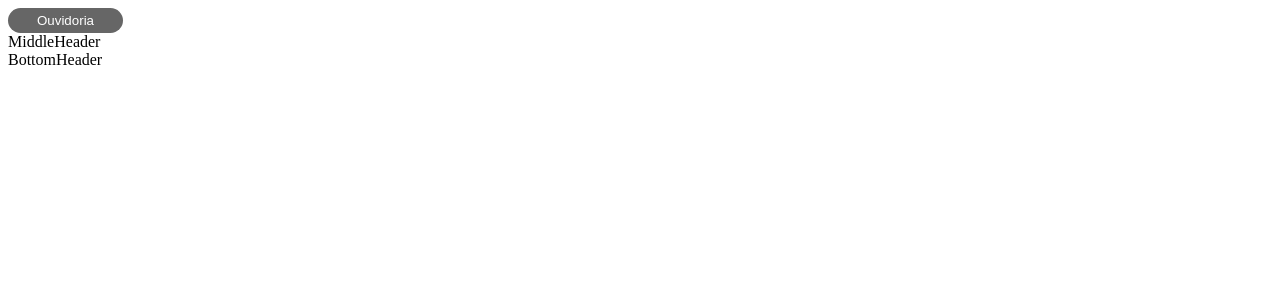
Repository: YuriSarmanho/prodepaSite
Page: / (app in prodepa-site/)
The author's editor kept a copy of each file at every save. The page is drawn from the files as they stood at one save, then again after the next save.
The browser window is 1280 px wide. The pictures show the whole page.
The project was rebuilt for these pictures with package versions that can differ from the ones it lists, and the page was loaded fresh each time. Also part of the build but not shown: prodepa-site/src/App.css.

Above is the page before, as saved 2022-12-19 14:22:28.

After the next save:
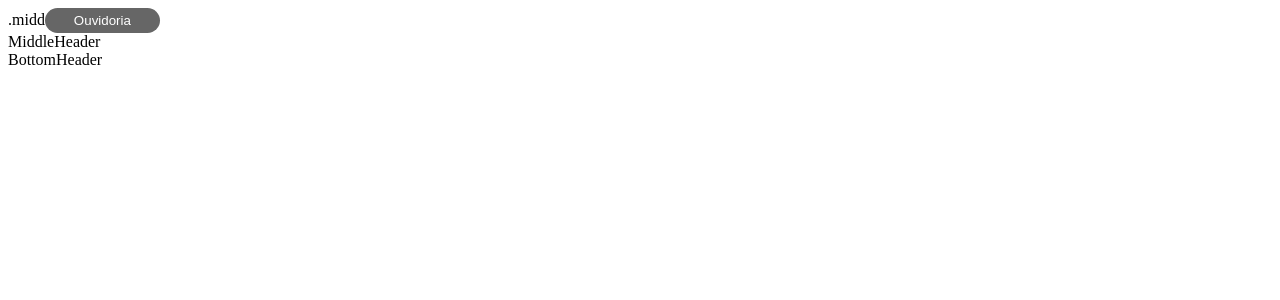
Saved 32 s later.
--- a/prodepa-site/src/sections/Header/TopHeader/index.jsx
+++ b/prodepa-site/src/sections/Header/TopHeader/index.jsx
@@ -5,6 +5,7 @@
 function TopHeader() {
   return (
     <div className='TopHeaderContainer'>
+      .midd
       <TopHeaderButton children = {'Ouvidoria'}/>
     </div>
   )

After the save that followed:
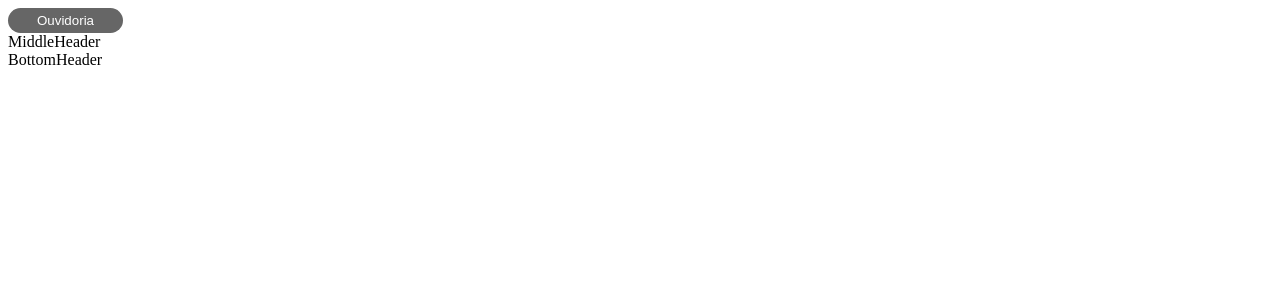
Saved 4 s later.
--- a/prodepa-site/src/sections/Header/TopHeader/index.jsx
+++ b/prodepa-site/src/sections/Header/TopHeader/index.jsx
@@ -5,7 +5,7 @@
 function TopHeader() {
   return (
     <div className='TopHeaderContainer'>
-      .midd
+      <div className="middleArea"></div>
       <TopHeaderButton children = {'Ouvidoria'}/>
     </div>
   )
